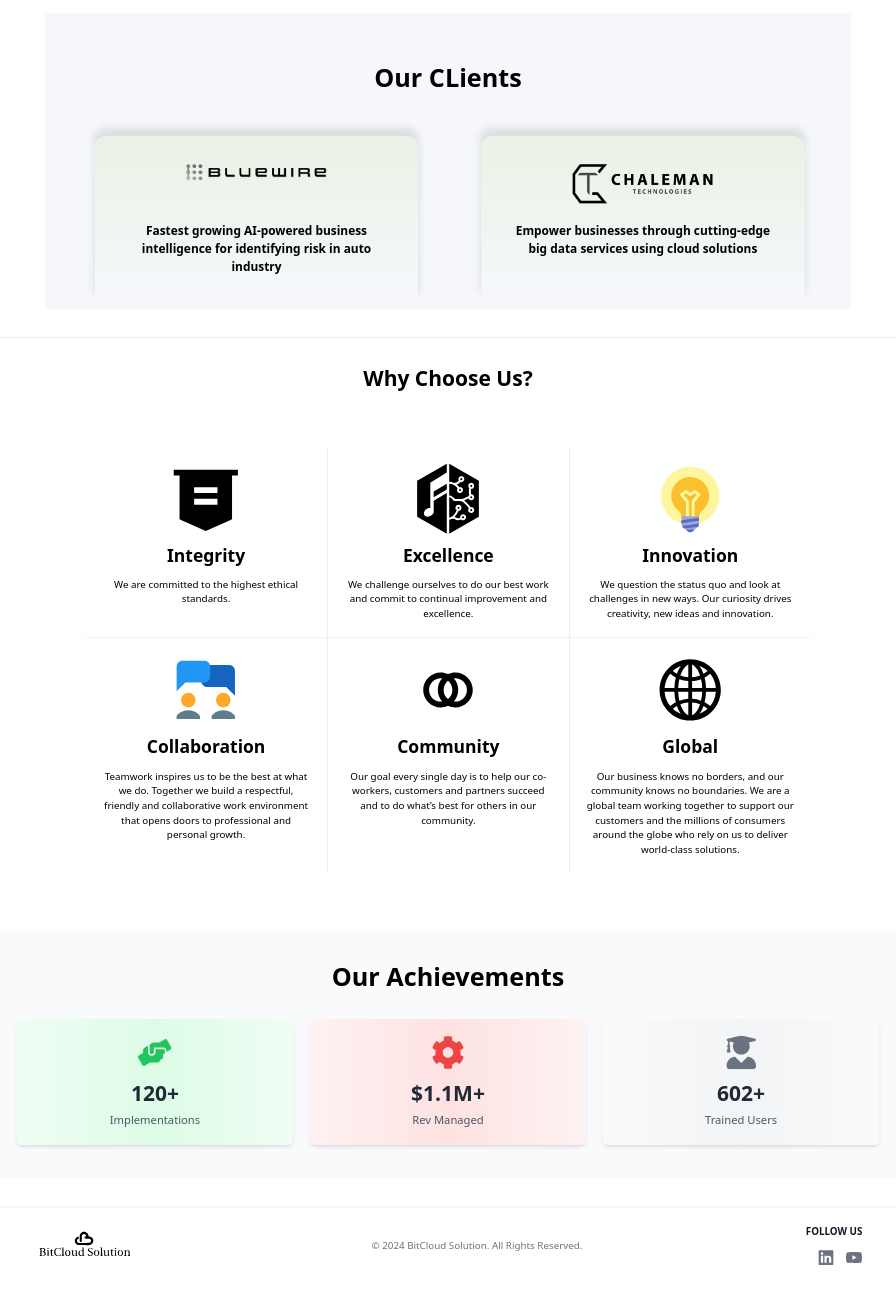
Repository: huzaifaBitCloud/BitCloud-website
Page: /
An editor plug-in stored every save of this project. The page is shown before and after the next save, followed by the edit.
The browser window is 1280 px wide. The pictures show the part of the page from y = 822 to 2742 px (the page is 2694 px tall before and 2742 px after), at 70% of full size.
The project was rebuilt for these pictures with package versions that can differ from the ones it lists, and the page was loaded fresh each time. The framework's server and built-in components were replaced by stand-ins that run in the browser. Also part of the build but not shown: next.config.mjs.

Above is the page before, as saved 2025-01-09 16:53:08.

### src/app/page.tsx
import Layout from "@/components/Layout";
// import Hero from "@/components/Hero";
import OurClients from "@/components/OurClients";
import WhyUs from "@/components/WhyUs";
import Footer from "@/components/Footer";
import { ImageCarousel } from "@/components/ImageCarousel";
import Achievements from "@/components/Achievements";

export default function Home() {
  return (
    <Layout>
      <div className="">
        {/* <Hero
          imageUrl="https://static.zohocdn.com/sites/stock-images/images/zpstock-image-37.jpg"
        /> */}
        <ImageCarousel />
      </div>
      <div className="mt-10">
        <OurClients />
      </div>
      <div className="my-10 border-t">
        <WhyUs />
      </div>
      <div className="mt-10">
        <Achievements />
      </div>
      <div className="mt-10 mb-10">
        <Footer />
      </div>
    </Layout>
  );
}

### src/app/globals.css
@tailwind base;
@tailwind components;
@tailwind utilities;

.custom-cards-ourClient {
  box-shadow: 0px -10px 10px 2px rgba(221, 223, 226, 1);
  border-radius: 15px;
  background: linear-gradient(180deg, #e9f2e4 0%, #f5f7fa 90%);
}

:root {
  /* --color-primary: #e9f2e4;
    --color-secondary: #f5f7fa;
*/
  --h-100vh: 100vh;
}

/* ABout CSS */

.btn-about {
  display: inline-block;
  margin: 0 0.625rem;
  padding: 0.3125rem 1.25rem;
  border-radius: 1.25rem;
  background: transparent;
  border: solid 0.0625rem #fff;
  position: relative;
  z-index: 9;
}
.main-hero-about {
  clip-path: polygon(
    50% 0%,
    100% 0,
    100% 35%,
    100% 86%,
    49% 100%,
    0 85%,
    0% 35%,
    0 0
  );
}

/* Services */

.zoomIn {
  -webkit-animation-name: zoomIn;
  animation-name: zoomIn;
  -webkit-animation-duration: 1s;
  animation-duration: 1s;
  -webkit-animation-fill-mode: both;
  animation-fill-mode: both;
}
@-webkit-keyframes zoomIn {
  0% {
    opacity: 0;
    -webkit-transform: scale3d(0.3, 0.3, 0.3);
    transform: scale3d(0.3, 0.3, 0.3);
  }
  50% {
    opacity: 1;
  }
}
@keyframes zoomIn {
  0% {
    opacity: 0;
    -webkit-transform: scale3d(0.3, 0.3, 0.3);
    transform: scale3d(0.3, 0.3, 0.3);
  }
  50% {
    opacity: 1;
  }
}

.card-services {
  border-top: 10px solid transparent;
  transition: border-top-color 0.4s, box-shadow 0.4s;
}

.card-services:hover {
  border-top-color: #2563eb;
  box-shadow: 0px 0px 5px rgba(0, 0, 0, 0.75);
}


@media only screen and (max-width: 760px) {
  .main-hero-about {
    clip-path: polygon(
      50% 0%,
      100% 0,
      100% 35%,
      100% 92%,
      49% 100%,
      0 92%,
      0% 35%,
      0 0
    );
  }
  .main-hero-about {
    height: var(--h-100vh) !important;
  }
  .sub-hero-about {
    text-align: center !important;
    margin: 0 auto !important;
  }
  .mob-btn-about {
    justify-content: center;
  }
  .mob-nav-style{
    position: absolute;
    top: 76%;
    left: 0;
  }
}

### src/components/Layout.tsx
import React from "react";
import { Navbar } from "./Navbar";
// import Footer from "./Footer";

const Layout = ({children}: any) => {
  return (
    <div>
      <Navbar />
      <div className="">{children}</div>
      {/* <Footer /> */}
    </div>
  );
};

export default Layout;

### src/components/OurClients.tsx
import React from "react";

const OurClients = () => {
  const services = [
    {
      id: 1,
      description:
        "Fastest growing AI-powered business intelligence for identifying risk in auto industry",
      icon: "./images/Bluewire-Logo.png", // Use the actual icon component
    },
    {
      id: 2,
      description:
        "Empower businesses through cutting-edge big data services using cloud solutions",
      icon: "./images/chaleman.png",
    },
  ];

  return (
    <section id="services" className="xs:w-full sm:w-full lg:w-[90%] mx-auto my-5 bg-[#f5f7fa] px-4 py-2">
      {/* HEADER AND IMAGE SECTION */}
      <div className="mt-16">
        <div>
          <p className="font-playfair font-semibold text-4xl mb-5 text-center">
            Our <span className="text-yellow">CLients</span>
          </p>
        </div>
      </div>

      {/* SERVICES */}
      <div className="grid grid-cols-1 md:grid-cols-2 justify-around  mt-16 gap-10 md:ml-14">
        {services.map((service) => (
          <div
            key={service.id}
            className="relative text-center p-10 xs:w-full sm:w-full lg:w-[90%] custom-cards-ourClient"
          >
            <div className="z-10">
              <div className="w-full flex justify-center ">
                <div className="w-[200px] h-[70px]">
                  <img
                    src={service.icon}
                    alt="client-img"
                    className="object-contain"
                  />
                </div>
              </div>
              <p className="font-playfair font-semibold text-[17px] flex justify-center mt-3">
                {service.description}
              </p>
            </div>
          </div>
        ))}
      </div>
    </section>
  );
};

export default OurClients;

### src/components/WhyUs.tsx
import React from "react";
import { FcCollaboration } from "react-icons/fc";
import { CgCommunity } from "react-icons/cg";
import { AiOutlineGlobal } from "react-icons/ai";
import { FcIdea } from "react-icons/fc";
import { SiMusicbrainz } from "react-icons/si";
import { RiHonourFill } from "react-icons/ri";

const WhyUs = () => {
  const services = [
    {
      id: 1,
      name: "Integrity",
      description: "We are committed to the highest ethical standards.",
      icon: <RiHonourFill size={100} />,
    },
    {
      id: 2,
      name: "Excellence",
      description:
        "We challenge ourselves to do our best work and commit to continual improvement and excellence.",
      icon: <SiMusicbrainz size={100} />,
    },
    {
      id: 3,
      name: "Innovation",
      description:
        "We question the status quo and look at challenges in new ways. Our curiosity drives creativity, new ideas and innovation.",
      icon: <FcIdea size={100} />,
    },
    {
      id: 4,
      name: "Collaboration",
      description:
        "Teamwork inspires us to be the best at what we do. Together we build a respectful, friendly and collaborative work environment that opens doors to professional and personal growth.",
      icon: <FcCollaboration size={100} />,
    },
    {
      id: 5,
      name: "Community",
      description:
        "Our goal every single day is to help our co-workers, customers and partners succeed and to do what’s best for others in our community.",
      icon: <CgCommunity size={100} />,
    },
    {
      id: 6,
      name: "Global",
      description:
        "Our business knows no borders, and our community knows no boundaries. We are a global team working together to support our customers and the millions of consumers around the globe who rely on us to deliver world-class solutions.",
      icon: <AiOutlineGlobal size={100} />,
    },
  ];
  return (
    <div className="w-[90%] mx-auto">
         <h2 className="text-3xl font-bold text-center mt-10 mb-5">Why Choose Us?</h2>
      <div className="w-[90%] mx-auto mt-20 mb-20">
        <div className="grid grid-cols-1 md:grid-cols-2 lg:grid-cols-3">
          {services.map((service, index) => (
            <div
              key={service.id}
              className={`relative bg-white text-center ${
                index >= 0
                  ? index == 0 || index == 3
                    ? index == 3
                      ? ""
                      : "border-b"
                    : index > 3
                    ? "border-l"
                    : "border-l border-b"
                  : ""
              } hover:border-red p-6`}
            >
              <div className="z-10">
                <div className="w-full flex justify-center">{service.icon}</div>

                <h3 className="font-playfair font-semibold text-[25px] mt-3">
                  {service.name}
                </h3>
                <p className="font-playfair text-[14px] flex justify-center mt-3">
                  {service.description}
                </p>
              </div>
            </div>
          ))}
        </div>
      </div>
    </div>
  );
};

export default WhyUs;

### src/components/Footer.tsx
// import Link from "next/link";
// import { FaLinkedin, FaYoutube } from "react-icons/fa";

// const Footer = () => {
//   const currentYear = new Date().getFullYear(); // Get the current year dynamically

//   return (
//     <footer className="bg-white dark:bg-gray-900 border-t w-full">
//       <div className="container mx-auto px-4 py-6">
//         <div className="flex flex-col md:flex-row md:items-center md:justify-between">
//           {/* Logo Section */}
//           <div className="flex items-center mb-4 md:mb-0 py-6">
//             <img
//               src="/images/logo.svg"
//               alt="BitCloud Logo"
//               className="h-14 mr-3 md:ml-4"
//             />
//           </div>

//           {/* Rights Section */}
//           <div className="text-center mb-4 md:mb-0">
//             <span className="text-sm text-gray-500 dark:text-gray-400">
//               © {currentYear}{" "}
//               <Link
//                 href="https://bitcloudsolution.com/"
//                 className="hover:underline"
//               >
//                 BitCloud Solution
//               </Link>
//               . All Rights Reserved.
//             </span>
//           </div>

//           {/* Follow Us Section */}
//           <div className="flex flex-col items-center md:items-end">
//             <h2 className="mb-4 text-sm font-semibold text-gray-900 uppercase dark:text-white">
//               Follow Us
//             </h2>
//             <div className="flex space-x-4">
//               <Link
//                 href="https://www.linkedin.com/company/bitcloud-solution-software/"
//                 aria-label="LinkedIn"
//                 className="text-gray-500 hover:text-blue-600 dark:hover:text-blue-400"
//               >
//                 <FaLinkedin className="w-6 h-6" />
//               </Link>
//               <Link
//                 href="http://www.youtube.com/@BitCloudSolution"
//                 aria-label="YouTube"
//                 className="text-gray-500 hover:text-red-600 dark:hover:text-red-400"
//               >
//                 <FaYoutube className="w-6 h-6" />
//               </Link>
//             </div>
//           </div>
//         </div>
//       </div>
//     </footer>
//   );
// };

// export default Footer;

import Link from "next/link";
import { FaLinkedin, FaYoutube } from "react-icons/fa";

const Footer = () => {
  const currentYear = new Date().getFullYear(); // Get the current year dynamically

  return (
    <footer className="bg-white dark:bg-gray-900 border-t w-full">
      <div className="container mx-auto px-6 py-6">
        <div className="flex flex-col items-center md:flex-row md:justify-between">
          {/* Logo Section */}
          <div className="flex items-center mb-4 md:mb-0 md:ml-6">
            <Link href='/'>
            <img
              src="/images/logo.svg"
              alt="BitCloud Logo"
              className="h-14 mr-3"
            />
            </Link>
          </div>

          {/* Rights Section */}
          <div className="text-center mb-4 md:mb-0">
            <span className="text-sm text-gray-500 dark:text-gray-400">
              © {currentYear}{" "}
              <Link
                href="https://bitcloudsolution.com/"
                className="hover:underline"
              >
                BitCloud Solution
              </Link>
              . All Rights Reserved.
            </span>
          </div>

          {/* Follow Us Section */}
          <div className="flex flex-col items-center md:items-end md:mr-6">
            <h2 className="mb-4 text-sm font-semibold text-gray-900 uppercase dark:text-white">
              Follow Us
            </h2>
            <div className="flex space-x-4">
              <Link
                href="https://www.linkedin.com/company/bitcloud-solution-software/"
                aria-label="LinkedIn"
                className="text-gray-500 hover:text-blue-600 dark:hover:text-blue-400"
              >
                <FaLinkedin className="w-6 h-6" />
              </Link>
              <Link
                href="http://www.youtube.com/@BitCloudSolution"
                aria-label="YouTube"
                className="text-gray-500 hover:text-red-600 dark:hover:text-red-400"
              >
                <FaYoutube className="w-6 h-6" />
              </Link>
            </div>
          </div>
        </div>
      </div>
    </footer>
  );
};

export default Footer;

### src/components/ImageCarousel.tsx
"use client"

import React from 'react';
import { Galleria } from 'primereact/galleria';
import "../components/styling/ImageCarousel.css"


const images = [
  {
    itemImageSrc: "/images/contact-image.jpeg",
    title: 'Welcome to BitCloud Solutions!',
    alt: 'Image 1',
  },
  {
    itemImageSrc: "/images/web-developer.jpg",
    title: 'Welcome to BitCloud Solutions!',
    alt: 'Image 2'
  },
  {
    itemImageSrc: "/images/image1.jpg",
    title: 'Welcome to BitCloud Solutions!',
    alt: 'Image 3'
  }
];

const itemTemplate = (item) => {
  return (
    <div className="image-container" style={{ width: '100%', textAlign: 'center' }}>
      <img src={item.itemImageSrc} alt={item.alt} style={{ width: '100%', display: 'block' }} />

      <div key={`${item.itemImageSrc}-heading`} className="carousel-text-heading">
        {item.title}
      </div>
      <div key={`${item.itemImageSrc}-paragraph`} className="carousel-text-paragraph">
       We Provide all Zoho services like Zoho CRM, Zoho Books, Zoho Projects and many more!!!
      </div>
    </div>
  );
}

export const ImageCarousel = () => {
  return (
    <div className="card" style={{ width: '100%', height: '100%', margin: '0 auto', position: "relative" }}>
      <Galleria
        value={images}
        numVisible={5}
        circular
        responsiveOptions={[
          {
            breakpoint: '1024px',
            numVisible: 3
          },
          {
            breakpoint: '768px',
            numVisible: 2
          },
          {
            breakpoint: '560px',
            numVisible: 1
          }
        ]}
        showThumbnails={false}
        showIndicators
        // showItemNavigators
        item={itemTemplate}
        autoPlay={true}
        transitionOptions={{ easing: 'ease-in-out', duration: 1000 }}
      />
    </div>
  );
}

### src/components/Achievements.tsx
import { FaHandsHelping, FaCog, FaUserGraduate } from "react-icons/fa";

const Achievements = () => {
  return (
    <section className="bg-gray-50 py-12">
      <div className="container mx-auto px-6">
        {/* Title */}
        {/* <div className="mt-16">
          <div>
            <p className="font-playfair font-semibold text-4xl mb-5 text-center">
              Our <span className="text-yellow">Achievements</span>
            </p>
          </div>
        </div> */}
        <h2 className="text-4xl font-bold text-center text-black mb-10">
          Our Achievements
        </h2>

        {/* Achievements Grid */}
        <div className="grid grid-cols-1 md:grid-cols-3 gap-6">
          {/* Card 1 */}
          <div className="bg-gradient-to-r from-green-50 via-green-100 to-green-50 p-6 rounded-lg shadow-md text-center transform transition duration-500 hover:scale-105">
            <div className="flex justify-center items-center mb-4">
              <FaHandsHelping className="w-12 h-12 text-green-500" />
            </div>
            <h3 className="text-3xl font-bold text-gray-800">120+</h3>
            <p className="text-gray-600 mt-2">Implementations</p>
          </div>

          {/* Card 2 */}
          <div className="bg-gradient-to-r from-red-50 via-red-100 to-red-50 p-6 rounded-lg shadow-md text-center transform transition duration-500 hover:scale-105">
            <div className="flex justify-center items-center mb-4">
              <FaCog className="w-12 h-12 text-red-500" />
            </div>
            <h3 className="text-3xl font-bold text-gray-800">$1.1M+</h3>
            <p className="text-gray-600 mt-2">Rev Managed</p>
          </div>

          {/* Card 3 */}
          <div className="bg-gradient-to-r from-gray-50 via-gray-100 to-gray-50 p-6 rounded-lg shadow-md text-center transform transition duration-500 hover:scale-105">
            <div className="flex justify-center items-center mb-4">
              <FaUserGraduate className="w-12 h-12 text-gray-500" />
            </div>
            <h3 className="text-3xl font-bold text-gray-800">602+</h3>
            <p className="text-gray-600 mt-2">Trained Users</p>
          </div>
        </div>
      </div>
    </section>
  );
};

export default Achievements;

### src/components/styling/ImageCarousel.css

img {
    max-height: 45rem;
    object-fit: cover;
  }

  .p-galleria-item-next.p-galleria-item-nav.p-link,
  .p-galleria-item-prev.p-galleria-item-nav.p-link {
    transform: translateY(-45%);
    background-color: #34291b;
    border-radius: 24px;
    width: 2.5rem;
    height: 2.5rem;
  }

  .p-galleria-item-prev.p-galleria-item-nav.p-link {
    z-index: 1;
    margin-left: 1.5rem;
  }

  .p-galleria-item-next.p-galleria-item-nav.p-link {
    margin-right: 1.5rem;
  }

  .p-galleria-item-prev.p-galleria-item-nav.p-link:hover,
  .p-galleria-item-next.p-galleria-item-nav.p-link:hover {
    background-color: #252728;
  }

  .p-icon.p-galleria-item-prev-icon,
  .p-icon.p-galleria-item-next-icon {
    color: white;
    width: 18px;
    height: 18px;
    stroke: white;
    stroke-width: 2;
  }

  .carousel-text-heading {
    width: 50%;
    position: absolute;
    top: 55%;
    left: 50%;
    transform: translate(-50%, -50%);
    color: white;
    border-radius: 10px;
    font-size: 3.2rem;
    font-weight: bold;
    text-align: center;
    animation: slideFromY 1s ease-in-out forwards;
  }

  .carousel-text-paragraph {
    width: 50%;
    position: absolute;
    top: 73%;
    left: 50%;
    transform: translate(-50%, -50%);
    color: white;
    border-radius: 10px;
    font-size: 1rem;
    text-align: center;
    animation: slideFromY 1.5s ease-in-out forwards;
  }
  @keyframes slideFromY {
    0% {
      opacity: 0;
      transform: translate(-100%, -50%);
    }
    100% {
      opacity: 1;
      transform: translate(-50%, -50%);
    }
  }

  @media (max-width: 1024px) and (min-width: 769px) {
    .carousel-text-heading {
      width: 65%;
      font-size: 2.5rem;
    }

    .carousel-text-paragraph {
      width: 60%;
      font-size: 0.9rem;
    }
  }

  @media (max-width: 768px) and (min-width: 561px) {
    .carousel-text-heading {
      font-size: 1.5rem;
      width: 65%;
    }

    .carousel-text-paragraph {
      font-size: 0.6rem;
      width: 60%;
    }
  }

  @media (max-width: 560px) {
    .carousel-text-heading {
      font-size: 1rem;
      width: 65%;
    }

    .carousel-text-paragraph {
      font-size: 0.5rem;
      width: 60%;
    }
  }
  ul.p-galleria-indicators.p-reset {
    position: absolute;
    bottom: 0;
    left: 50%;
    transform: translateX(-50%);
}
  .p-galleria-indicators .p-galleria-indicator button {
    width: 40px;
    height: 15px;
    background-color: white; /* Non-active indicators */
    border-radius: 5px;
    margin: 0 4px;
    transition: background-color 0.3s ease;
    position: relative;
}

.p-galleria-indicators .p-galleria-indicator.p-highlight button {
    background-color: #add8e6;
}

.p-galleria-indicators .p-galleria-indicator button:hover {
    background-color: #ffffff;
}

Loaded but not shown: src/app/layout.tsx (common file); tailwind.config.ts (common file); src/components/Navbar.tsx (127 lines, source omitted)

After the next save:
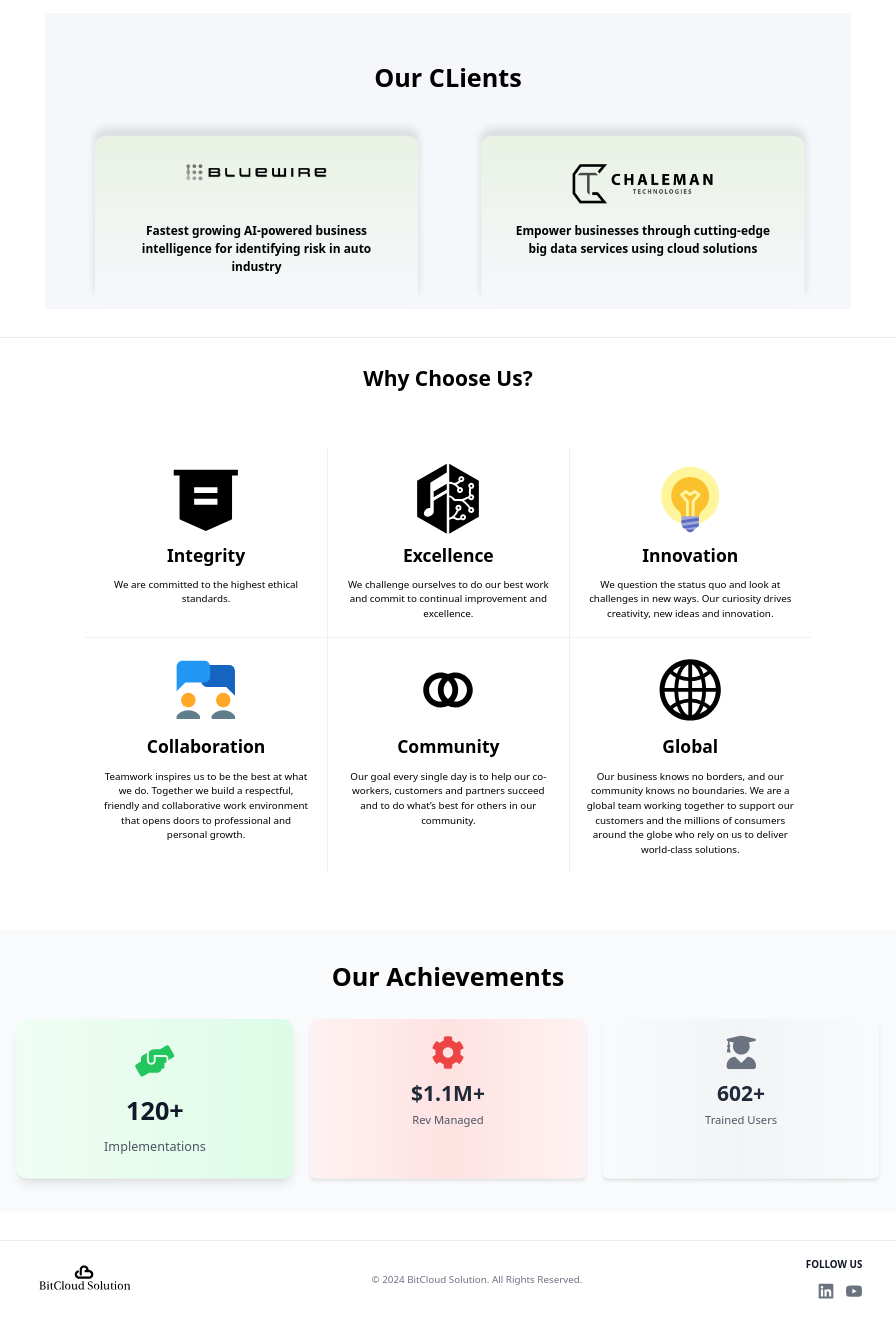
Saved 13 min 52 s later.
--- a/src/components/Achievements.tsx
+++ b/src/components/Achievements.tsx
@@ -18,13 +18,14 @@
 
         {/* Achievements Grid */}
         <div className="grid grid-cols-1 md:grid-cols-3 gap-6">
-          {/* Card 1 */}
-          <div className="bg-gradient-to-r from-green-50 via-green-100 to-green-50 p-6 rounded-lg shadow-md text-center transform transition duration-500 hover:scale-105">
-            <div className="flex justify-center items-center mb-4">
-              <FaHandsHelping className="w-12 h-12 text-green-500" />
+        <div
+            className="bg-gradient-to-r from-green-50 to-green-100 p-8 rounded-2xl shadow-lg text-center transform transition duration-700 hover:-translate-y-3"
+          >
+            <div className="flex justify-center items-center mb-6">
+              <FaHandsHelping className="w-14 h-14 text-green-500" />
             </div>
-            <h3 className="text-3xl font-bold text-gray-800">120+</h3>
-            <p className="text-gray-600 mt-2">Implementations</p>
+            <h3 className="text-4xl font-bold text-gray-900">120+</h3>
+            <p className="text-gray-600 mt-4 text-lg">Implementations</p>
           </div>
 
           {/* Card 2 */}
